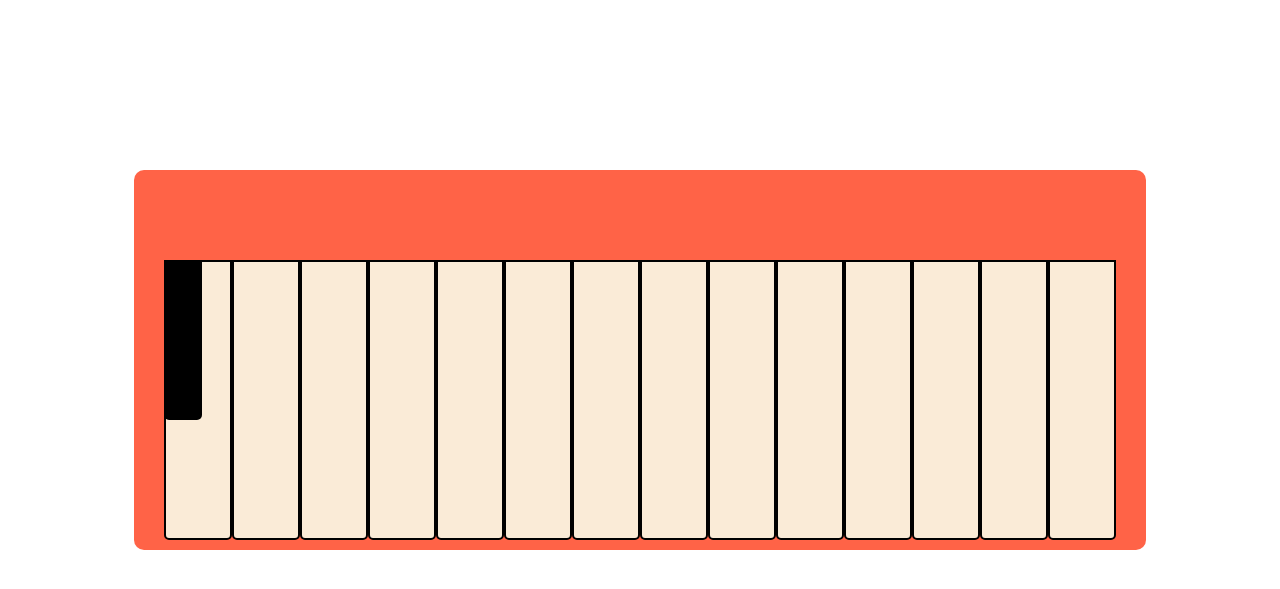
Repository: aishakapan/piano
Page: index.html
These files come from the project's save history. The page is drawn as it stood at one moment and after the next save; the edit follows.
The browser window is 1280 px wide. The pictures show the whole page.

Above is the page before, as saved 2022-09-03 20:25:42.

### index.html
<!DOCTYPE html>
<html lang="en">
<head>
    <meta charset="UTF-8">
    <meta http-equiv="X-UA-Compatible" content="IE=edge">
    <meta name="viewport" content="width=device-width, initial-scale=1.0">
    <link rel="stylesheet" href="styles.css" type="text/css">
    <title>Piano</title>
</head>
<body>
    <div id="piano">
        <div class="keys">
            <div class="black-keys">
                <div class="key black-key"></div>
                <div class="key black-key"></div>
                <div class="key black-key"></div>
                <div class="key black-key"></div>
                <div class="key black-key"></div>
                <div class="key black-key"></div>
                <div class="key black-key"></div>
                <div class="key black-key"></div>
                <div class="key black-key"></div>
                <div class="key black-key"></div>
            </div>

            <div class="white-keys">
                <div class="key white-key"></div>
                <div class="key white-key"></div>
                <div class="key white-key"></div>
                <div class="key white-key"></div>
                <div class="key white-key"></div>
                <div class="key white-key"></div>
                <div class="key white-key"></div>
                <div class="key white-key"></div>
                <div class="key white-key"></div>
                <div class="key white-key"></div>
                <div class="key white-key"></div>
                <div class="key white-key"></div>
                <div class="key white-key"></div>
                <div class="key white-key"></div>
            </div>

        </div>

    </div>


   <script src="app.js"></script>
</body>
</html>

### styles.css
body {
    margin: 0;
    padding: 0;
    display: flex;
    justify-content: center;
    height: 100vh;
    align-items: center;
}

#piano {
    height: 290px;
    padding: 90px 30px 0 30px;
    background-color: tomato;
    border-radius: 10px;
}

.keys {
    position: relative;

}

.black-keys {
    position: relative;
    display: flex;
}

.white-keys {
    display: flex;
}

.white-key {
    width: 68px;
    height: 280px;
    background-color: antiquewhite;
    border-radius: 0 0 5px 5px;
    border: solid black 2px;
    box-sizing: border-box;
}

.black-keys {
    width: 38px;
    height: 160px;
    background-color: black;
    border-radius: 0 0 5px 5px;
    box-sizing: border-box;
    position: absolute;
}

.black-key:nth-child(1) {
    left: 48px;
}

.black-key:nth-child(2) {
    left: 117px;
}

.black-key:nth-child(3) {
    left: 253px;
}

Loaded but not shown: app.js (no stored copy; drawn as an empty file)

After the next save:
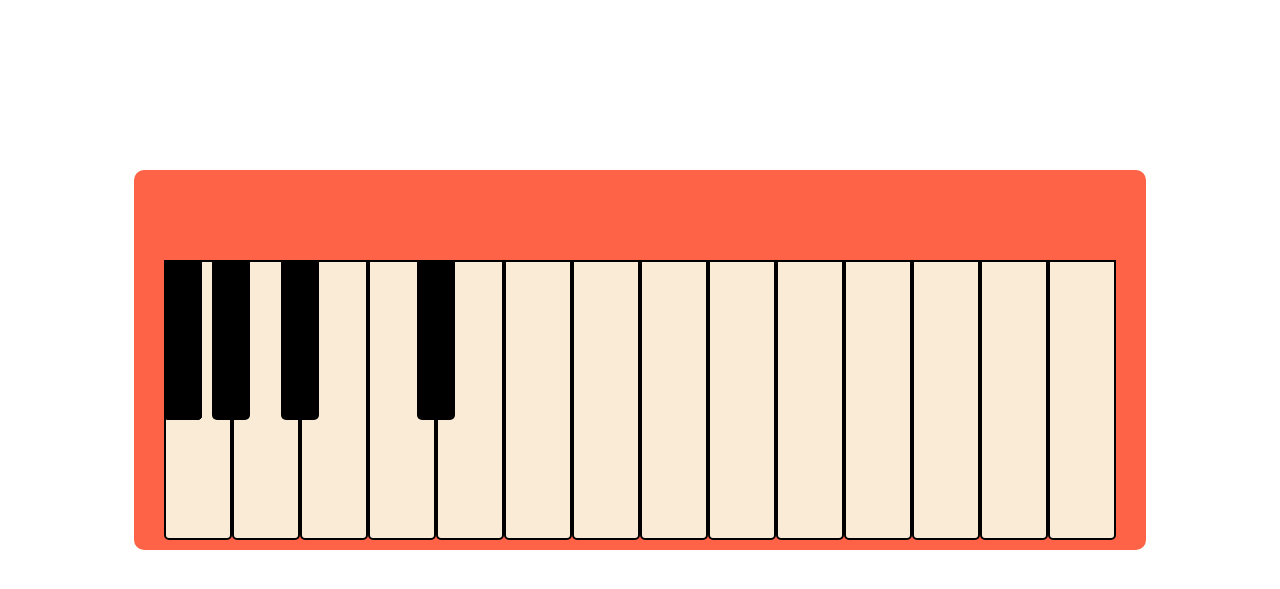
Saved 2 min 27 s later.
--- a/styles.css
+++ b/styles.css
@@ -37,7 +37,7 @@ body {
     box-sizing: border-box;
 }
 
-.black-keys {
+.black-key {
     width: 38px;
     height: 160px;
     background-color: black;
